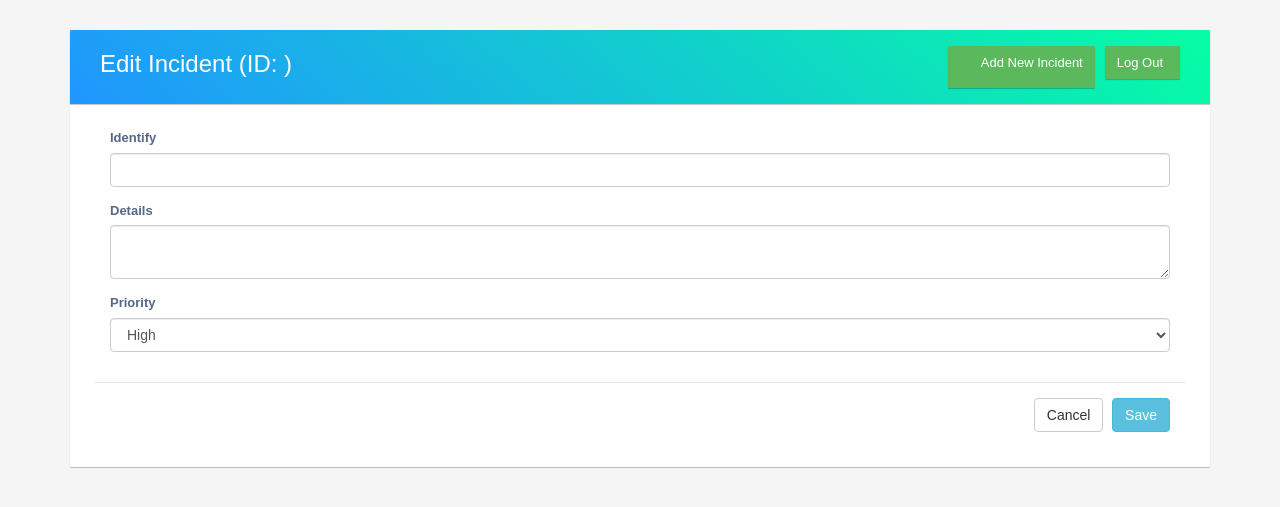
Repository: me-rohit-harsh/incident-management-system
Page: http://localhost/incedentList
These files come from the project's save history. The page is drawn as it stood at one moment and after the next save; the edit follows.
The browser window is 1280 px wide. The pictures show the whole page.
Some web fonts or font styles are not loaded; a fallback is used. The page is this project's Thymeleaf template; nobody is signed in. The template is opened directly, without the code that normally fills it, so the values that code supplies are empty.

Above is the page before, as saved 2024-05-05 08:42:40.

### incident/src/main/resources/templates/incedentList.html
<!DOCTYPE html>
<html lang="en">

<head>
<meta charset="utf-8" />
<meta http-equiv="X-UA-Compatible" content="IE=edge" />
<meta name="viewport" content="width=device-width, initial-scale=1" />
<title>Incidents Dashboard</title>
<link rel="stylesheet"
	href="https://fonts.googleapis.com/css?family=Roboto|Varela+Round" />
<link rel="stylesheet"
	href="https://fonts.googleapis.com/icon?family=Material+Icons" />
<link rel="stylesheet"
	href="https://maxcdn.bootstrapcdn.com/font-awesome/4.7.0/css/font-awesome.min.css" />
<link rel="stylesheet"
	href="https://maxcdn.bootstrapcdn.com/bootstrap/3.3.7/css/bootstrap.min.css" />
<script
	src="https://ajax.googleapis.com/ajax/libs/jquery/1.12.4/jquery.min.js"></script>
<script
	src="https://maxcdn.bootstrapcdn.com/bootstrap/3.3.7/js/bootstrap.min.js"></script>
<link th:href="@{/css/style.css}" rel="stylesheet">


</head>

<body>
	<div class="container">
		<div th:if="${message}" class="alert" th:classappend="${alertClass}">
			<p th:text="${message}"></p>
		</div>
		<div class="table-wrapper">
			<div class="table-title">
				<div class="row">
					<div class="col-sm-6">
						<h2>
							Edit Incident (ID: <b ></b>)
						</h2>
					</div>
					<div class="col-sm-6">
						<form th:action="@{/logout}" method="post">
							<button type="submit" class="btn btn-success">
								<i class="fa-solid fa-right-from-bracket"></i> <span>Log
									Out</span>
							</button>
						</form>

						<a href="#addEmployeeModal" class="btn btn-success"
							data-toggle="modal"><i class="material-icons">&#xE147;</i> <span>Add
								New Incident</span></a>

					</div>
				</div>
			</div>
			<!-- Edit Modal HTML -->

			<form th:action="@{/editIncident}" th:object="${incident}"
				method="post">
				<!-- <div class="modal-header">
					<h4 class="modal-title">

					</h4>
				</div> -->
				<div class="modal-body">
					<input type="hidden" name="id" />
					<div class="form-group">
						<label>Identify</label> <input type="text" class="form-control"
							name="identify" required  />
					</div>
					<div class="form-group">
						<label>Details</label>
						<textarea class="form-control" name="details" required
						></textarea>
					</div>
					<div class="form-group">
						<label>Priority</label> <select class="form-control"
							name="priority">
							<option value="High">High</option>
							<option value="Medium">Medium</option>
							<option value="Low">Low</option>
						</select>
					</div>
				</div>
				<div class="modal-footer">
					<button type="button" class="btn btn-default" data-dismiss="modal">Cancel</button>
					<button type="submit" class="btn btn-info">Save</button>
				</div>
			</form>






		</div>
	</div>
	<!-- Edit Modal HTML -->
	<div id="addEmployeeModal" class="modal fade">
		<div class="modal-dialog">
			<div class="modal-content">
				<form th:action="@{/addIncident}" th:object="${incident}"
					method="post">
					<div class="modal-header">
						<h4 class="modal-title">Add Incidents</h4>
						<button type="button" class="close" data-dismiss="modal"
							aria-hidden="true">&times;</button>
					</div>
					<div class="modal-body">
						<div class="form-group">
							<label>Details</label>
							<textarea class="form-control" required name="details"></textarea>
						</div>
						<div class="form-group">
							<label>Identify</label> <select class="form-control"
								id="identity" name="identify">
								<option value="Enterprise">Enterprise</option>
								<option value="Government">Government</option>
							</select>
						</div>
						<div class="form-group">
							<label>Priority</label> <select class="form-control"
								id="identity" name="priority">
								<option value="High">High</option>
								<option value="Medium">Medium</option>
								<option value="Low">Low</option>
							</select>
						</div>

					</div>
					<div class="modal-footer">
						<input type="button" class="btn btn-default" data-dismiss="modal"
							value="Cancel" /> <input type="submit" class="btn btn-success"
							value="Add" />
					</div>
				</form>
			</div>
		</div>
	</div>

</body>

</html>

### incident/src/main/resources/static/css/style.css


        body {
            color: #566787;
            background: #f5f5f5;
            font-family: "Varela Round", sans-serif;
            font-size: 13px;
        }

        .table-wrapper {
            background: #fff;
            padding: 20px 25px;
            margin: 30px 0;
            border-radius: 1px;
            box-shadow: 0 1px 1px rgba(0, 0, 0, 0.247);
        }

        .table-title {
            padding-bottom: 15px;
            background: linear-gradient(40deg, #2096ff, #05ffa3) !important;
            color: #fff;
            padding: 16px 30px;
            margin: -20px -25px 10px;
            border-radius: 1px 1px 0 0;
            box-shadow: 0 1px 1px rgba(0, 0, 0, 0.247);
        }

        .table-title h2 {
            margin: 5px 0 0;
            font-size: 24px;
        }

        .table-title .btn-group {
            float: right;
        }

        .table-title .btn {
            color: #fff;
            float: right;
            font-size: 13px;
            border: none;
            min-width: 50px;
            border-radius: 1px;
            border: none;
            outline: none !important;
            margin-left: 10px;
            box-shadow: 0 1px 1px rgba(0, 0, 0, 0.247);
        }

        .table-title .btn i {
            float: left;
            font-size: 21px;
            margin-right: 5px;
        }

        .table-title .btn span {
            float: left;
            margin-top: 2px;
        }

        table.table tr th,
        table.table tr td {
            border-color: #e9e9e9;
            padding: 12px 15px;
            vertical-align: middle;
        }

        table.table tr th:first-child {
            width: 60px;
        }

        table.table tr th:last-child {
            width: 100px;
        }

        table.table-striped tbody tr:nth-of-type(odd) {
            background-color: #fcfcfc;
        }

        table.table-striped.table-hover tbody tr:hover {
            background: #f5f5f5;
        }

        table.table th i {
            font-size: 13px;
            margin: 0 5px;
            cursor: pointer;
        }

        table.table td:last-child i {
            opacity: 0.9;
            font-size: 22px;
            margin: 0 5px;
        }

        table.table td a {
            font-weight: bold;
            color: #566787;
            display: inline-block;
            text-decoration: none;
            outline: none !important;
        }

        table.table td a:hover {
            color: #2196f3;
        }

        table.table td a.edit {
            color: #ffc107;
        }

        table.table td a.delete {
            color: #f44336;
        }

        table.table td i {
            font-size: 19px;
        }

        table.table .avatar {
            border-radius: 1px;
            vertical-align: middle;
            margin-right: 10px;
        }

        .pagination {
            float: right;
            margin: 0 0 5px;
        }

        .pagination li a {
            border: none;
            font-size: 13px;
            min-width: 30px;
            min-height: 30px;
            color: #999;
            margin: 0 2px;
            line-height: 30px;
            border-radius: 1px !important;
            text-align: center;
            padding: 0 6px;
        }

        .pagination li a:hover {
            color: #666;
        }

        .pagination li.active a,
        .pagination li.active a.page-link {
            background: #03a9f4;
        }

        .pagination li.active a:hover {
            background: #0397d6;
        }

        .pagination li.disabled i {
            color: #ccc;
        }

        .pagination li i {
            font-size: 16px;
            padding-top: 6px;
        }

        .hint-text {
            float: left;
            margin-top: 10px;
            font-size: 13px;
        }

        /* Custom checkbox */
        .custom-checkbox {
            position: relative;
        }

        .custom-checkbox input[type="checkbox"] {
            opacity: 0;
            position: absolute;
            margin: 5px 0 0 3px;
            z-index: 9;
        }

        .custom-checkbox label:before {
            width: 18px;
            height: 18px;
        }

        .custom-checkbox label:before {
            content: "";
            margin-right: 10px;
            display: inline-block;
            vertical-align: text-top;
            background: white;
            border: 1px solid #bbb;
            border-radius: 1px;
            box-sizing: border-box;
            z-index: 2;
        }

        .custom-checkbox input[type="checkbox"]:checked+label:after {
            content: "";
            position: absolute;
            left: 6px;
            top: 3px;
            width: 6px;
            height: 11px;
            border: solid #000;
            border-width: 0 3px 3px 0;
            transform: inherit;
            z-index: 3;
            transform: rotateZ(45deg);
        }

        .custom-checkbox input[type="checkbox"]:checked+label:before {
            border-color: #03a9f4;
            background: #03a9f4;
        }

        .custom-checkbox input[type="checkbox"]:checked+label:after {
            border-color: #fff;
        }

        .custom-checkbox input[type="checkbox"]:disabled+label:before {
            color: #b8b8b8;
            cursor: auto;
            box-shadow: none;
            background: #ddd;
        }

        /* Modal styles */
        .modal .modal-dialog {
            max-width: 400px;
        }

        .modal .modal-header,
        .modal .modal-body,
        .modal .modal-footer {
            padding: 20px 30px;
        }

        .modal .modal-content {
            border-radius: 1px;
        }

        .modal .modal-footer {
            background: #ecf0f1;
            border-radius: 0 0 1px 1px;
        }

        .modal .modal-title {
            display: inline-block;
        }

        .modal .form-control {
            border-radius: 1px;
            box-shadow: none;
            border-color: #dddddd;
        }

        .modal textarea.form-control {
            resize: vertical;
        }

        .modal .btn {
            border-radius: 1px;
            min-width: 100px;
        }

        .modal form label {
            font-weight: normal;
        }

After the next save:
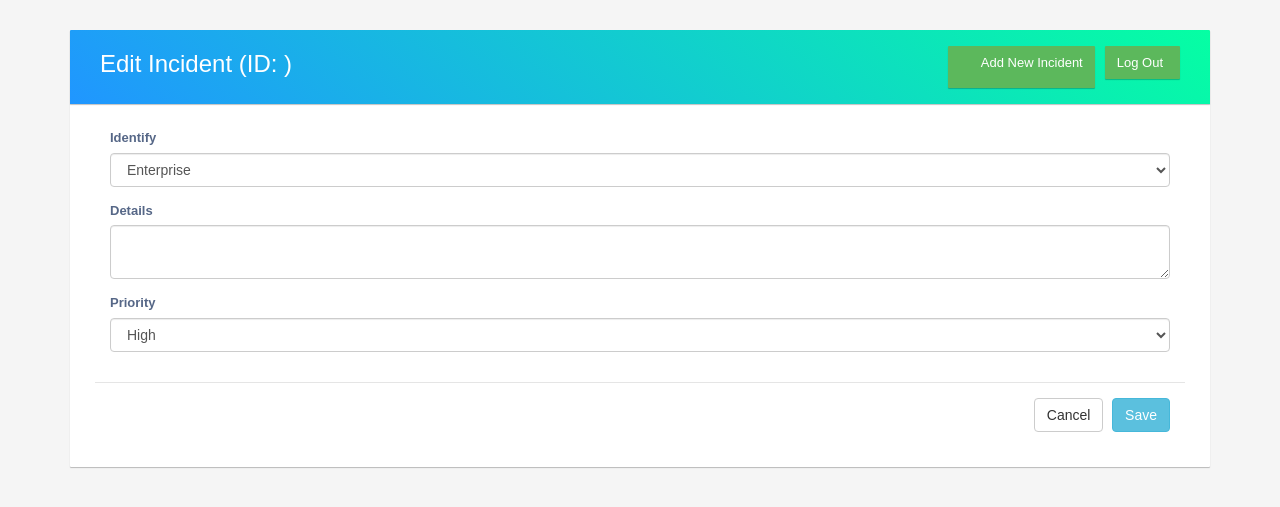
Saved 39 s later.
--- a/incident/src/main/resources/templates/incedentList.html
+++ b/incident/src/main/resources/templates/incedentList.html
@@ -63,8 +63,11 @@
 				<div class="modal-body">
 					<input type="hidden" name="id" />
 					<div class="form-group">
-						<label>Identify</label> <input type="text" class="form-control"
-							name="identify" required  />
+						<label>Identify</label> <select class="form-control"
+								id="identity" name="identify">
+								<option value="Enterprise">Enterprise</option>
+								<option value="Government">Government</option>
+							</select>
 					</div>
 					<div class="form-group">
 						<label>Details</label>
